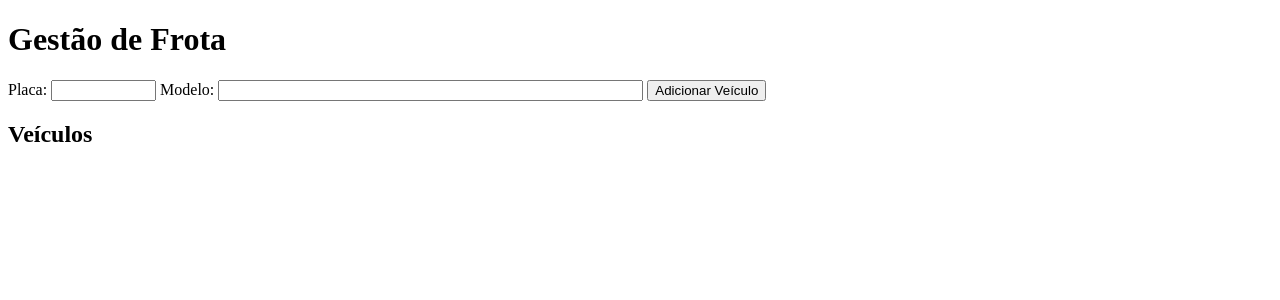
Repository: feliperanon/gestao-de-frota
Page: http://localhost/
The author's editor kept a copy of each file at every save. The page is drawn from the files as they stood at one save, then again after the next save.
The browser window is 1280 px wide. The pictures show the whole page.
The page is served by the project's application, run on Flask 3 (app/__init__.py). Other server files are loaded and not shown. Queries for data that is not in the repository find no rows.

Above is the page before, as saved 2024-06-16 19:06:05.

### app/templates/index.html
<!DOCTYPE html>
<html>
<head>
    <title>Gestão de Frota</title>
</head>
<body>
    <h1>Gestão de Frota</h1>
    <form action="/add" method="post">
        {{ form.hidden_tag() }}
        <label for="license_plate">Placa:</label>
        {{ form.license_plate(size=10) }}
        <label for="model">Modelo:</label>
        {{ form.model(size=50) }}
        {{ form.submit() }}
    </form>
    {% with messages = get_flashed_messages(with_categories=true) %}
        {% if messages %}
            {% for category, message in messages %}
                <div class="flash {{ category }}">{{ message }}</div>
            {% endfor %}
        {% endif %}
    {% endwith %}
    <h2>Veículos</h2>
    <ul>
        {% for vehicle in vehicles %}
            <li>
                {{ vehicle.license_plate }} - {{ vehicle.model }}
                <a href="/edit/{{ vehicle.id }}">Editar</a>
                <form action="/delete/{{ vehicle.id }}" method="post" style="display:inline;">
                    {{ form.hidden_tag() }}
                    <button type="submit">Excluir</button>
                </form>
            </li>
        {% endfor %}
    </ul>
</body>
</html>

### app/forms.py
from flask_wtf import FlaskForm
from wtforms import StringField, SubmitField
from wtforms.validators import DataRequired, Length

class VehicleForm(FlaskForm):
    license_plate = StringField('Placa', validators=[DataRequired(), Length(min=1, max=10)])
    model = StringField('Modelo', validators=[DataRequired(), Length(min=1, max=50)])
    submit = SubmitField('Adicionar Veículo')

### app/routes.py
from flask import Blueprint, render_template, request, redirect, url_for, flash
from app import db
from app.models import Vehicle
from app.forms import VehicleForm

bp = Blueprint('main', __name__)

@bp.route('/')
def index():
    vehicles = Vehicle.query.all()
    form = VehicleForm()
    return render_template('index.html', vehicles=vehicles, form=form)

@bp.route('/add', methods=['POST'])
def add_vehicle():
    form = VehicleForm()
    if form.validate_on_submit():
        license_plate = form.license_plate.data
        model = form.model.data
        new_vehicle = Vehicle(license_plate=license_plate, model=model)
        db.session.add(new_vehicle)
        db.session.commit()
        flash('Veículo adicionado com sucesso!', 'success')
    else:
        flash('Erro ao adicionar veículo. Verifique os dados e tente novamente.', 'danger')
    return redirect(url_for('main.index'))

@bp.route('/edit/<int:id>', methods=['GET', 'POST'])
def edit_vehicle(id):
    vehicle = Vehicle.query.get(id)
    form = VehicleForm(obj=vehicle)
    if form.validate_on_submit():
        vehicle.license_plate = form.license_plate.data
        vehicle.model = form.model.data
        db.session.commit()
        flash('Veículo atualizado com sucesso!', 'success')
        return redirect(url_for('main.index'))
    return render_template('edit.html', form=form, vehicle=vehicle)

@bp.route('/delete/<int:id>', methods=['POST'])
def delete_vehicle(id):
    vehicle = Vehicle.query.get(id)
    db.session.delete(vehicle)
    db.session.commit()
    flash('Veículo excluído com sucesso!', 'success')
    return redirect(url_for('main.index'))

### app/__init__.py
from flask import Flask
from flask_sqlalchemy import SQLAlchemy
from flask_wtf.csrf import CSRFProtect

db = SQLAlchemy()
csrf = CSRFProtect()

def create_app():
    app = Flask(__name__)
    app.config['SQLALCHEMY_DATABASE_URI'] = 'sqlite:///frota.db'
    app.config['SQLALCHEMY_TRACK_MODIFICATIONS'] = False
    app.config['SECRET_KEY'] = 'supersecretkey'  # Adicione uma chave secreta

    db.init_app(app)
    csrf.init_app(app)

    from .routes import bp
    app.register_blueprint(bp)

    return app

### static/style.css
/* style.css */

body {
    font-family: Arial, sans-serif;
    margin: 0;
    padding: 0;
    background-color: #f4f4f4;
}

h1, h2 {
    color: #333;
    text-align: center;
}

form {
    display: flex;
    justify-content: center;
    align-items: center;
    margin-top: 20px;
}

form label {
    margin-right: 10px;
}

form input {
    margin-right: 10px;
    padding: 5px;
    border: 1px solid #ccc;
    border-radius: 3px;
}

form button {
    padding: 5px 10px;
    background-color: #5cb85c;
    color: white;
    border: none;
    border-radius: 3px;
    cursor: pointer;
}

form button:hover {
    background-color: #4cae4c;
}

ul {
    list-style-type: none;
    padding: 0;
    width: 50%;
    margin: 20px auto;
    background-color: white;
    padding: 10px;
    border-radius: 5px;
    box-shadow: 0 0 10px rgba(0, 0, 0, 0.1);
}

li {
    padding: 10px;
    border-bottom: 1px solid #ddd;
}

li:last-child {
    border-bottom: none;
}

li a, li form button {
    margin-left: 10px;
    text-decoration: none;
    color: #337ab7;
    border: none;
    background: none;
    cursor: pointer;
}

li a:hover, li form button:hover {
    text-decoration: underline;
}

.flash {
    text-align: center;
    padding: 10px;
    margin: 10px auto;
    width: 50%;
    border-radius: 3px;
}

.flash.success {
    background-color: #dff0d8;
    color: #3c763d;
}

.flash.danger {
    background-color: #f2dede;
    color: #a94442;
}

After the next save:
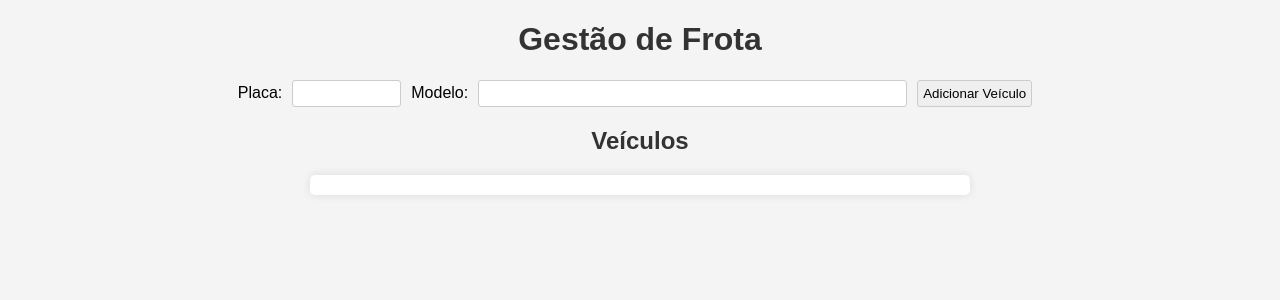
Saved 28 s later.
--- a/app/templates/index.html
+++ b/app/templates/index.html
@@ -2,6 +2,7 @@
 <html>
 <head>
     <title>Gestão de Frota</title>
+    <link rel="stylesheet" href="{{ url_for('static', filename='style.css') }}">
 </head>
 <body>
     <h1>Gestão de Frota</h1>
